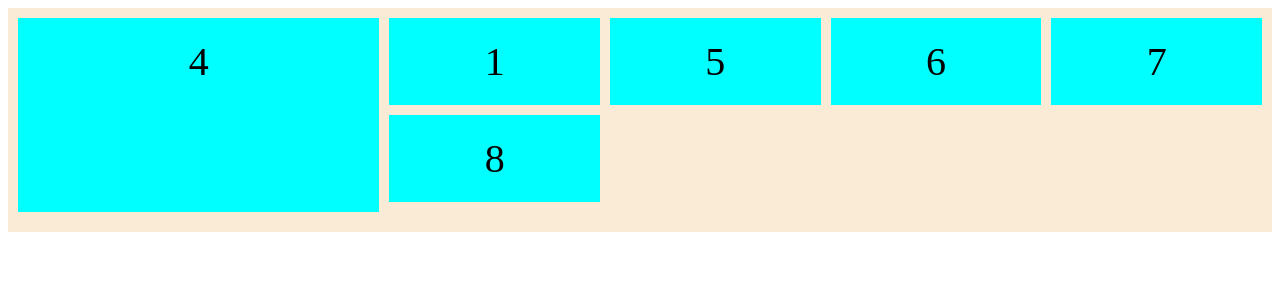
Repository: Thonghehe/Lab1_WEB106
Page: index11.html
An editor plug-in stored every save of this project. The page is shown before and after the next save, followed by the edit.
The browser window is 1280 px wide. The pictures show the whole page.

Above is the page before, as saved 2024-03-05 18:08:09.

After the next save:
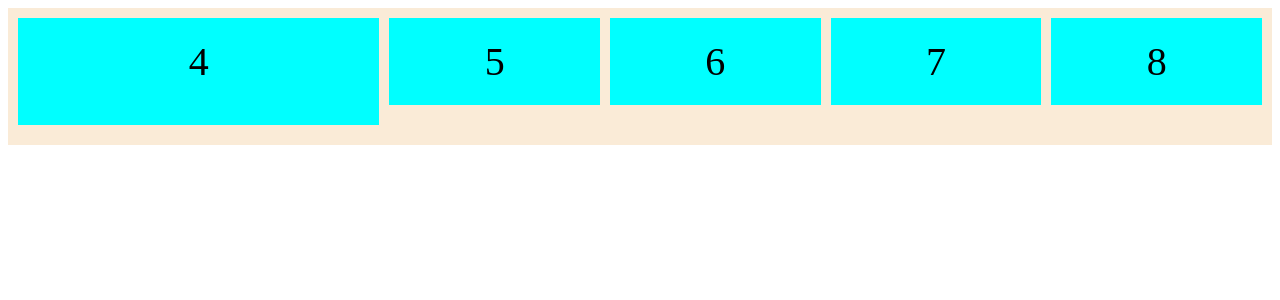
Saved 3 days later.
--- a/index11.html
+++ b/index11.html
@@ -7,6 +7,31 @@
     <title>Document</title>
     <link rel="stylesheet" href="./style.css">
 </head>
+<style>
+    .grid-container {
+        display: grid;
+        grid-template-columns: auto auto auto auto auto auto;
+        grid-template-rows: auto auto auto auto;
+        gap: 10px;
+        background-color: antiquewhite;
+        padding: 10px;
+    }
+
+    .grid-container>div {
+        background-color: aqua;
+        text-align: center;
+        padding: 20px;
+        font-size: 40px;
+    }
+
+
+    .item1,
+
+    .item2 {
+        grid-column: 1/3;
+        grid-row: 1/4;
+    }
+</style>
 
 <body>
     <div class="grid-container">
